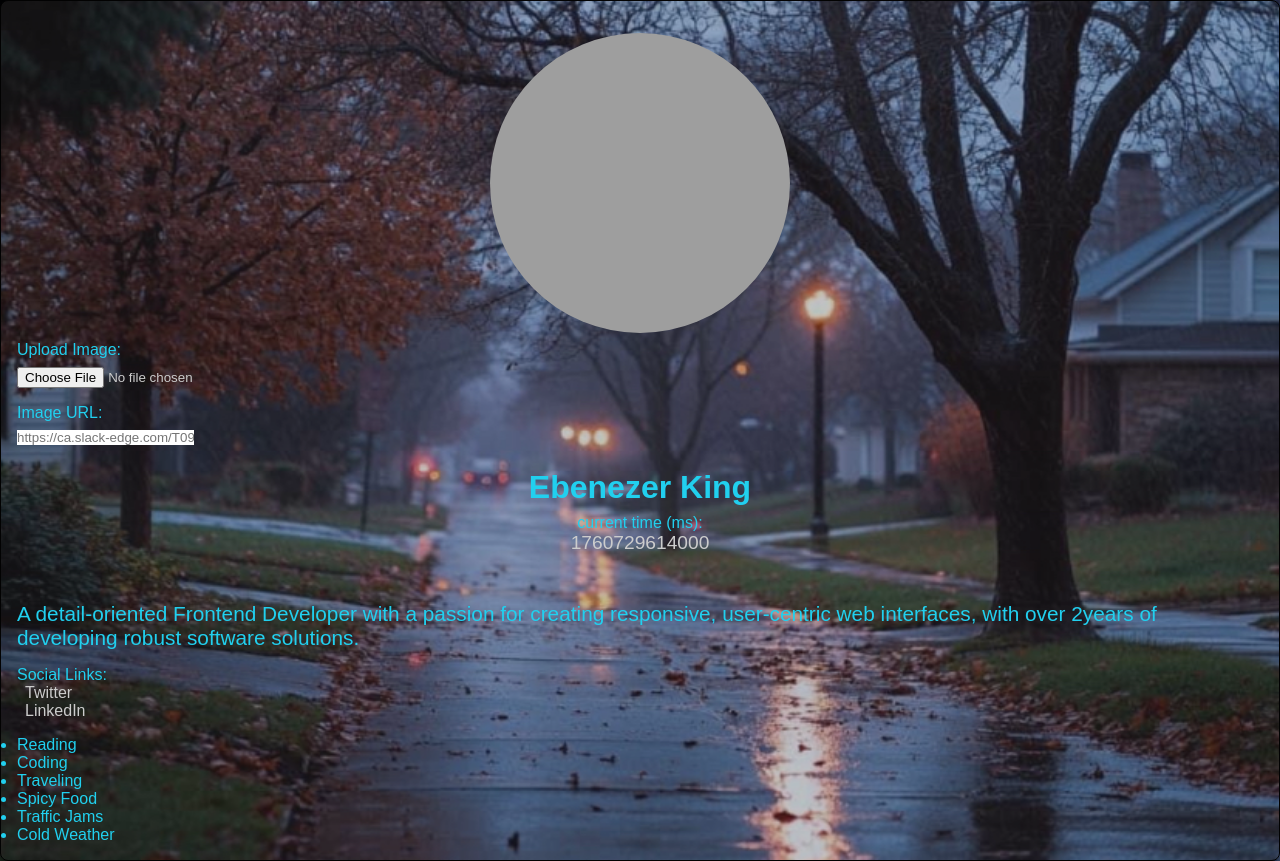
Repository: ebenezertiewei/profileCard
Page: index.html
These files come from the project's save history. The page is drawn as it stood at one moment and after the next save; the edit follows.
The browser window is 1280 px wide. The pictures show the whole page.
Pictures or frames that could not be fetched are drawn as grey boxes.

Above is the page before, as saved 2025-10-18 00:29:10.

After the next save:
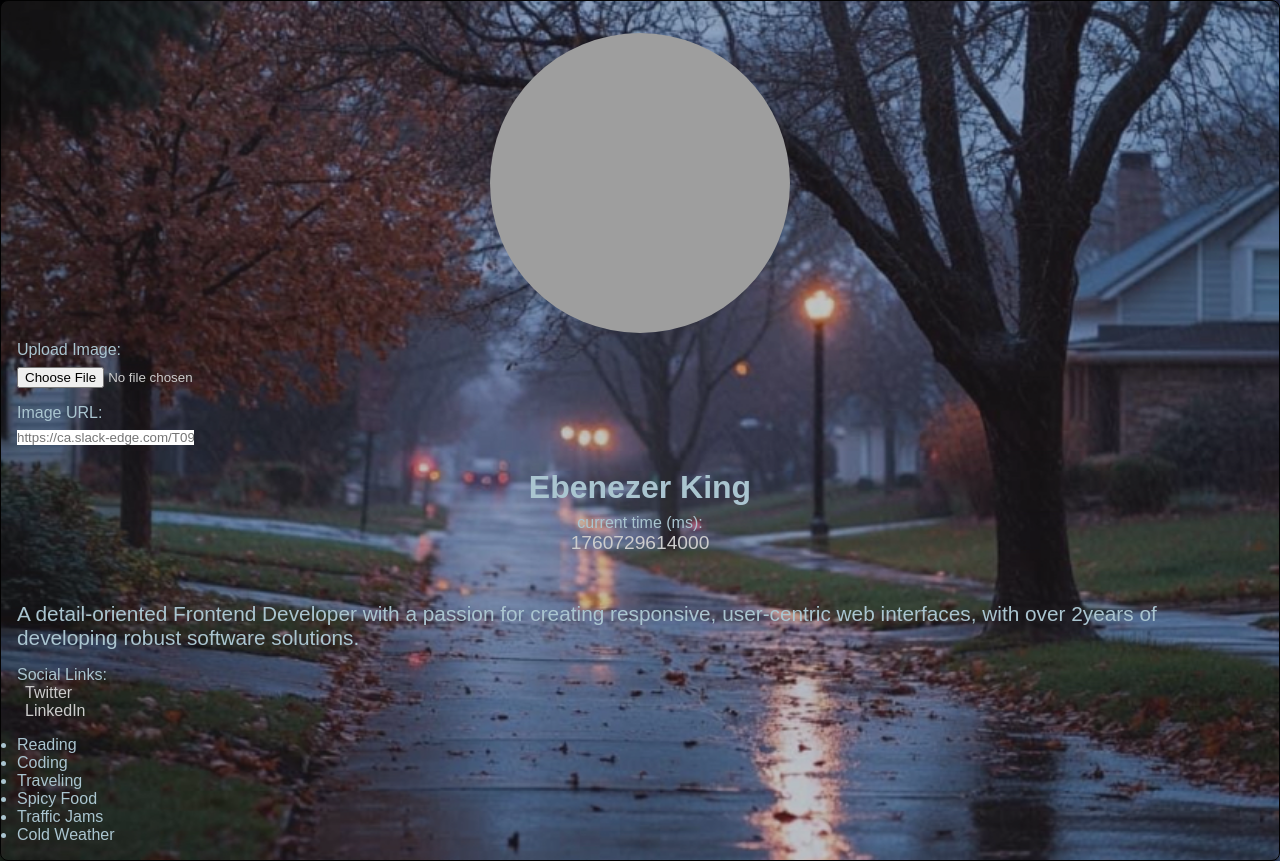
Saved 8 s later.
--- a/style.css
+++ b/style.css
@@ -30,7 +30,7 @@
 	padding: 1rem;
 	background-color: rgba(61, 58, 58, 0.3);
 	color: rgb(33, 208, 239);
-	color: aac5d0;
+	color: #aac5d0;
 	display: flex;
 	flex-direction: column;
 	align-items: center;

After the 3 saves that followed:
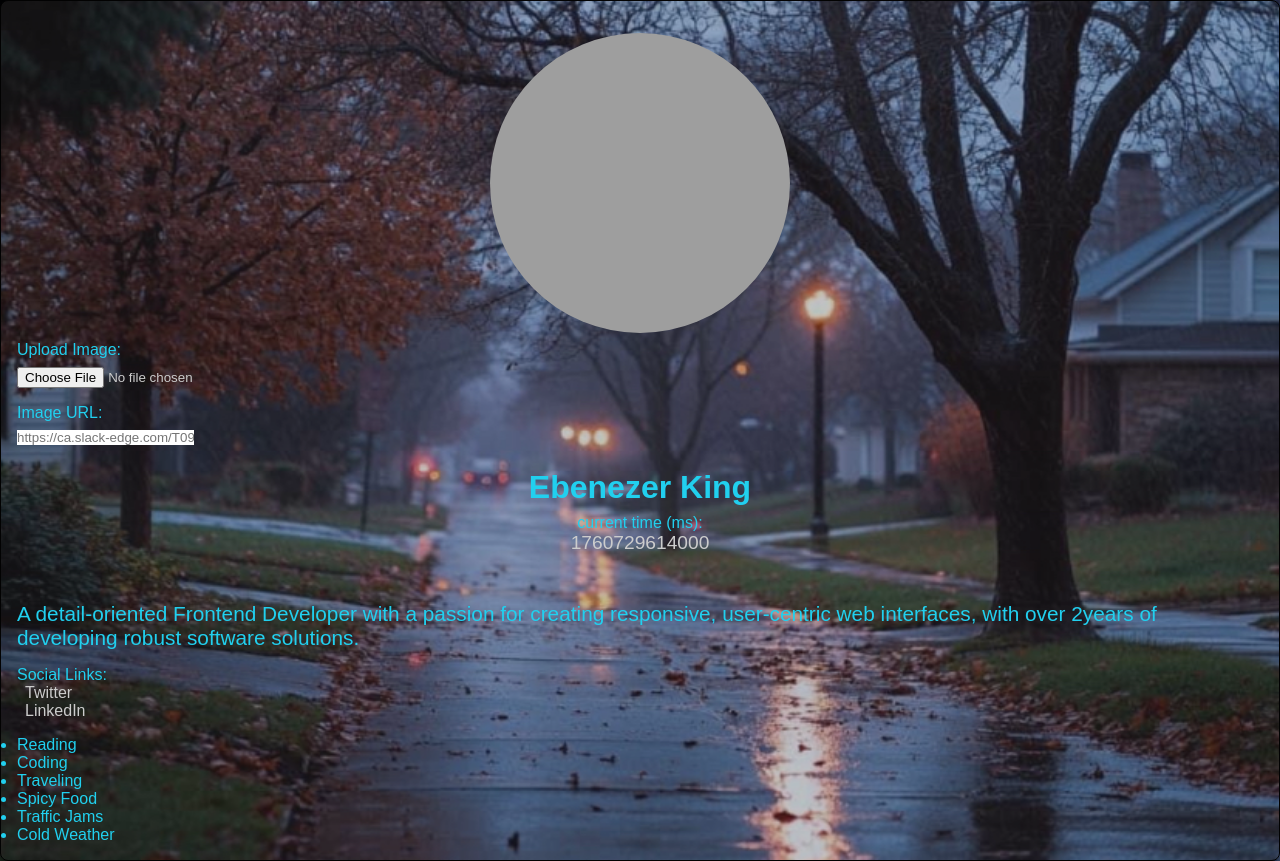
The 3 saves are shown as one change because 1 left the picture as it was and some came seconds apart.
The last was saved 47 s later.
--- a/style.css
+++ b/style.css
@@ -30,7 +30,6 @@
 	padding: 1rem;
 	background-color: rgba(61, 58, 58, 0.3);
 	color: rgb(33, 208, 239);
-	color: #aac5d0;
 	display: flex;
 	flex-direction: column;
 	align-items: center;
